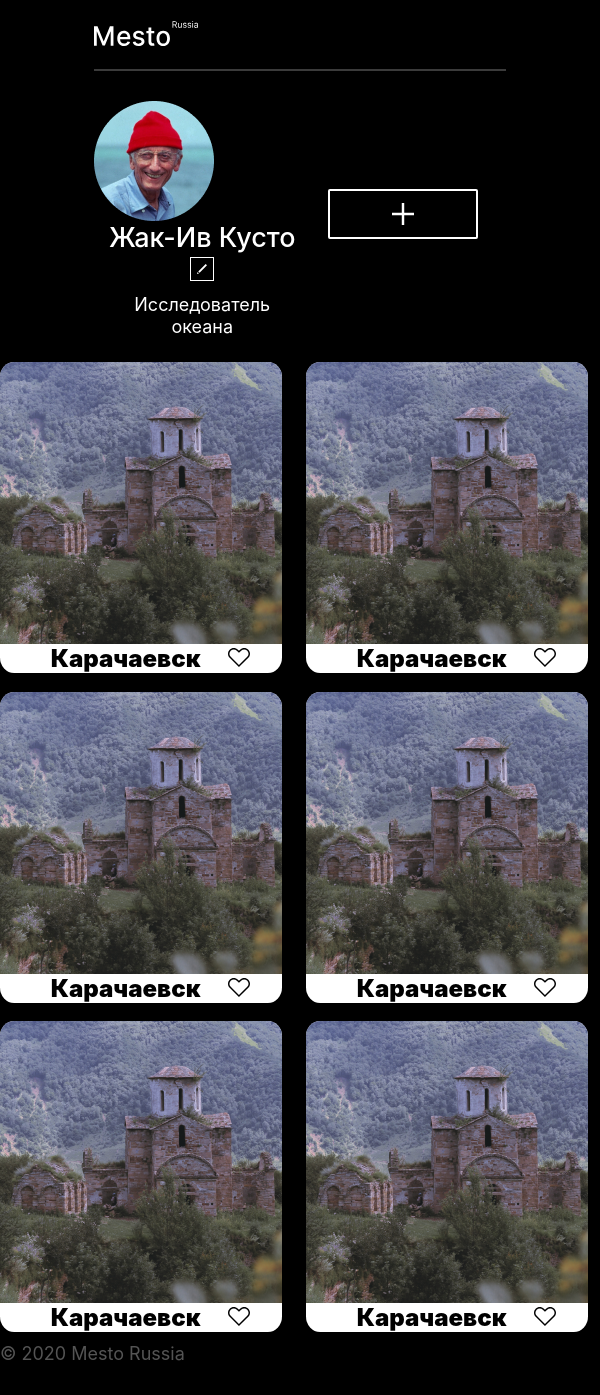
Repository: Ivan2399/mesto-project
Page: index.html
The author's editor kept a copy of each file at every save. The page is drawn from the files as they stood at one save, then again after the next save.
The browser window is 600 px wide. The pictures show the whole page.

Above is the page before, as saved 2021-11-16 18:49:50.

### index.html
<!DOCTYPE html>
<html lang="ru">

<head>
    <meta charset="UTF-8">
    <meta http-equiv="X-UA-Compatible" content="IE=edge">
    <meta name="viewport" content="width=device-width, initial-scale=1.0">
    <link rel="stylesheet" href="./pages/index.css" />
    <title>Mesto</title>
</head>

<body class="root">
    <div class="page">
        <header class="header">
            <div class="header__container">
                <img class="header__logo" src="images/logo/Vector.svg" alt="Логотип">
                <div class="header__line"></div>
            </div>
        </header>
        <main class="content">
            <section class="profile profile__container_mobile">
                <div class="profile__container">
                    <img class="profile__avatar" src="images/avatar/Avatar.png" alt="Аватарка">
                    <h2 class="profile__nickname profile__nickname_mobile">Жак-Ив Кусто
                        <button class="profile__buttons_type_editig"></button>
                        <p class="profile__hobbyname">Исследователь океана</p>
                    </h2>
                </div>
                <div class="profile__buttons">
                    <button class="profile__buttons_type_add"></button>
                </div>
            </section>
            <section class="table">
                <div class="table__container table__container_mobile">
                    <div class="table__card">
                        <img class="table__image" src="images/table/Karachaevsk.png" alt="Крепость">
                        <h2 class="table__title">Карачаевск <img class="table__button table__button_active"
                                src="images/buttons/Vector.svg" alt="Лайк"></h2>
                    </div>
                    <div class="table__card">
                        <img class="table__image" src="images/table/Karachaevsk.png" alt="Крепость">
                        <h2 class="table__title">Карачаевск <img class="table__button table__button_active"
                                src="images/buttons/Vector.svg" alt="Лайк"></h2>
                    </div>
                    <div class="table__card">
                        <img class="table__image" src="images/table/Karachaevsk.png" alt="Крепость">
                        <h2 class="table__title">Карачаевск <img class="table__button table__button_active"
                                src="images/buttons/Vector.svg" alt="Лайк"></h2>
                    </div>
                    <div class="table__card">
                        <img class="table__image" src="images/table/Karachaevsk.png" alt="Крепость">
                        <h2 class="table__title">Карачаевск <img class="table__button table__button_active"
                                src="images/buttons/Vector.svg" alt="Лайк"></h2>
                    </div>
                    <div class="table__card">
                        <img class="table__image" src="images/table/Karachaevsk.png" alt="Крепость">
                        <h2 class="table__title">Карачаевск <img class="table__button table__button_active"
                                src="images/buttons/Vector.svg" alt="Лайк"></h2>
                    </div>
                    <div class="table__card">
                        <img class="table__image" src="images/table/Karachaevsk.png" alt="Крепость">
                        <h2 class="table__title">Карачаевск <img class="table__button table__button_active"
                                src="images/buttons/Vector.svg" alt="Лайк"></h2>
                    </div>
                </div>
            </section>
            <section class="footer">
                <h2 class="footer__logo">© 2020 Mesto Russia</h2>
            </section>
        </main>
    </div>
</body>

</html>

### pages/index.css
@import url(../blocks/root/root.css);
@import url(../blocks/page/page.css);
@import url(../blocks/content/content.css);

/* header */

@import url(../blocks/header/header.css);
@import url(../blocks/header/__container/header__container.css);
@import url(../blocks/header/__logo/header__logo.css);
@import url(../blocks/header/__line/header__line.css);

/* profile */

@import url(../blocks/profile/profile.css);
@import url(../blocks/profile/__avatar/profile__avatar.css);
@import url(../blocks/profile/__container/profile__container.css);
@import url(../blocks/profile/__buttons/profile__buttons.css);
@import url(../blocks/profile/__buttons/_type/profile__buttons_type_add.css);
@import url(../blocks/profile/__buttons/_type/profile__buttons_type_editig.css);
@import url(../blocks/profile/__hobbyname/profile__hobbyname.css);
@import url(../blocks/profile/__nickname/profile__nickname.css);
@import url(../blocks/profile/__container/_mobile/profile__container_mobile.css);
@import url(../blocks/profile/__nickname/_mobile/profile__nickname_mobile.css);

/* table */

@import url(../blocks/table/table.css);
@import url(../blocks/table/__button/table__button.css);
@import url(../blocks/table/__card/table__card.css);
@import url(../blocks/table/__container/table__container.css);
@import url(../blocks/table/__image/table__image.css);
@import url(../blocks/table/__title/table__title.css);
@import url(../blocks/table/__container/_mobile/table__container_mobile.css);
@import url(../blocks/table/__button/_active/table__button_active.css);

/* footer */

@import url(../blocks/footer/footer.css);
@import url(../blocks/footer/__logo/footer__logo.css);

### images/buttons/Vector.svg
<svg width="22" height="19" viewBox="0 0 22 19" fill="none" xmlns="http://www.w3.org/2000/svg">
<path d="M20.2991 9.78586C22.567 7.54338 22.567 3.90213 20.2991 1.68186C18.0311 -0.560619 14.3486 -0.560619 12.0806 1.68186L10.9804 2.792L9.88007 1.70406C7.61215 -0.560619 3.92957 -0.560619 1.6841 1.68186C0.583822 2.76979 0 4.21297 0 5.74496C0 7.27695 0.606277 8.72013 1.6841 9.80806L10.9804 19L20.2991 9.78586ZM1.4371 5.74496C1.4371 4.59042 1.8862 3.52469 2.71702 2.72539C3.5703 1.88168 4.67058 1.45983 5.77086 1.45983C6.87114 1.45983 7.97142 1.88168 8.8247 2.72539L10.9804 4.83465L13.136 2.70318C14.8201 1.03798 17.582 1.03798 19.2437 2.70318C20.0521 3.50248 20.5236 4.56821 20.5236 5.72276C20.5236 6.8773 20.0745 7.94303 19.2437 8.74233L10.9804 16.9351L2.71702 8.76453C1.90865 7.94303 1.4371 6.8773 1.4371 5.74496Z" fill="black"/>
</svg>

### blocks/root/root.css
.root{
    margin: 0;
    padding: 0;
    font-family: "Inter";
    color: #FFFFFF;
}
h1,h2,h3,h4,h5,h6,p{
    margin: 0;
    padding: 0;
    font-family: "Inter";
    color: #FFFFFF;
}

### blocks/page/page.css
.page {
  background-color: #000000;
  max-width: 1280px;
  margin: auto;
}

### blocks/header/header.css
.header{
    display: grid;
}

### blocks/header/__container/header__container.css
.header__container {
  margin: 0 15.7% 0 15.7%;
  max-width: 880px;
  width: 68.6%;
}

### blocks/header/__logo/header__logo.css
.header__logo{
    margin: 5.2% 0 4.7% 0;
}
@media screen and (min-width:300px) and (max-width:600px){
    .header__logo{
        width:103.74px;
        height:24.24px;
    }
}

### blocks/header/__line/header__line.css
.header__line{
    border: 1px solid #545454;
    opacity: 0.7;
}

### blocks/profile/profile.css
.profile {
  display: grid;
  margin: 5% 15.7% 0 15.7%;
  max-width: 880px;
  width: 68.6%;

}

### blocks/profile/__avatar/profile__avatar.css
.profile__avatar{

}

### blocks/profile/__container/profile__container.css
.profile__container {
  display: flex;
  align-items: center;
  flex-direction: row;
  flex-wrap: wrap;
}

### blocks/profile/__buttons/profile__buttons.css
.profile__buttons{
    display: flex;
    justify-content: flex-end;
    align-items: center;
}

### blocks/profile/__buttons/_type/profile__buttons_type_add.css
.profile__buttons_type_add {
  width: 150px;
  height: 50px;
  background-image: url(../../../../images/buttons/Add\ Button.svg);
  background-color: black;
  border: none;
  background-size: cover;
  background-repeat: no-repeat;

  margin-bottom: 6.7%;
}
.profile__buttons_type_add:hover {
  opacity: 0.6;
  border: 2px solid #ffffff;
  box-sizing: border-box;
  border-radius: 2px;
}

### blocks/profile/__buttons/_type/profile__buttons_type_editig.css
.profile__buttons_type_editig {
  width: 24px;
  height: 24px;
  background-image: url(../../../../images/buttons/Edit\ Button.svg);
  background-color: black;
  border: none;
  background-size: cover;
  background-repeat: no-repeat;
  margin-bottom: 6.7%;
  grid-column: 2;
  grid-row: 1;
}
.profile__buttons_type_editig:hover {
  border: 1px solid #ffffff;
  box-sizing: border-box;
}

### blocks/profile/__hobbyname/profile__hobbyname.css
.profile__hobbyname {
  font-style: normal;
  font-weight: normal;
  font-size: 18px;
  line-height: 22px;
  grid-column: 2;
}

### blocks/profile/__nickname/profile__nickname.css
.profile__nickname {
  font-style: normal;
  font-weight: 500;
  font-size: 42px;
  line-height: 48px;
  margin-left: 5%;
}

### blocks/profile/__container/_mobile/profile__container_mobile.css
.profile__container_mobile{
    grid-template-columns: repeat(auto-fit,minmax(200px,1fr));
}
@media screen and (min-width:200px) and (max-width:700px){
    .profile__container_mobile{
        flex-wrap: wrap;
        justify-content: center;
        justify-items: center;
    }
}

### blocks/profile/__nickname/_mobile/profile__nickname_mobile.css
@media screen and (min-width: 200px) and (max-width: 700px) {
  .profile__nickname_mobile {
    font-size: 27px;
    line-height: 33px;
    text-align: center;
  }
}

### blocks/table/table.css
.table{
    max-width:880px;
    margin:4% auto 0;
}

### blocks/table/__button/table__button.css
.table__button {
  width: 22px;
  height: 19px;
  /* background-image: url(../../../images/buttons/Vector.svg);
  border: none;
  background-color: white;
  background-size: cover;
  background-repeat: no-repeat; */
  align-self: flex-end;
  margin-left: 10%;
}
.table__button:hover {
  color: #000000;
  opacity: 0.5;
}

### blocks/table/__card/table__card.css
.table__card{
    max-width: 282px;
    background-color: white;

    border-radius: 5%;

    display: flex;
    flex-direction: column;
}

### blocks/table/__container/table__container.css
.table__container{
    display: grid;
    grid-template-columns: repeat(3,1fr);
    gap:2%;
}

### blocks/table/__image/table__image.css
.table__image{
    max-width: 282px;
    max-height: 282px;
    border-radius: 5% 5% 0 0 ;
}

### blocks/table/__title/table__title.css
.table__title {
  max-width: 246px;
  font-style: normal;
  font-weight: 900;
  font-size: 24px;
  line-height: 29px;

  margin-left: 18%;
  color: #000000;
}

### blocks/table/__container/_mobile/table__container_mobile.css
.table__container_mobile{
    grid-template-columns: repeat(auto-fit, minmax(280px, 1fr));
}

### blocks/table/__button/_active/table__button_active.css
.table__button_active:active{
    background-image: url(../../../../images/buttons/Union.png);
    color: black;
}

### blocks/footer/footer.css
.footer{
    max-width: 840px;
    margin: auto;
}

### blocks/footer/__logo/footer__logo.css
.footer__logo {
  font-style: normal;
  font-weight: normal;
  font-size: 18px;
  line-height: 22px;

  color: #545454;
  margin-top: 8%;
  padding-bottom: 5%;
}

Loaded but not shown: blocks/content/content.css (no stored copy; drawn as an empty file)

After the next save:
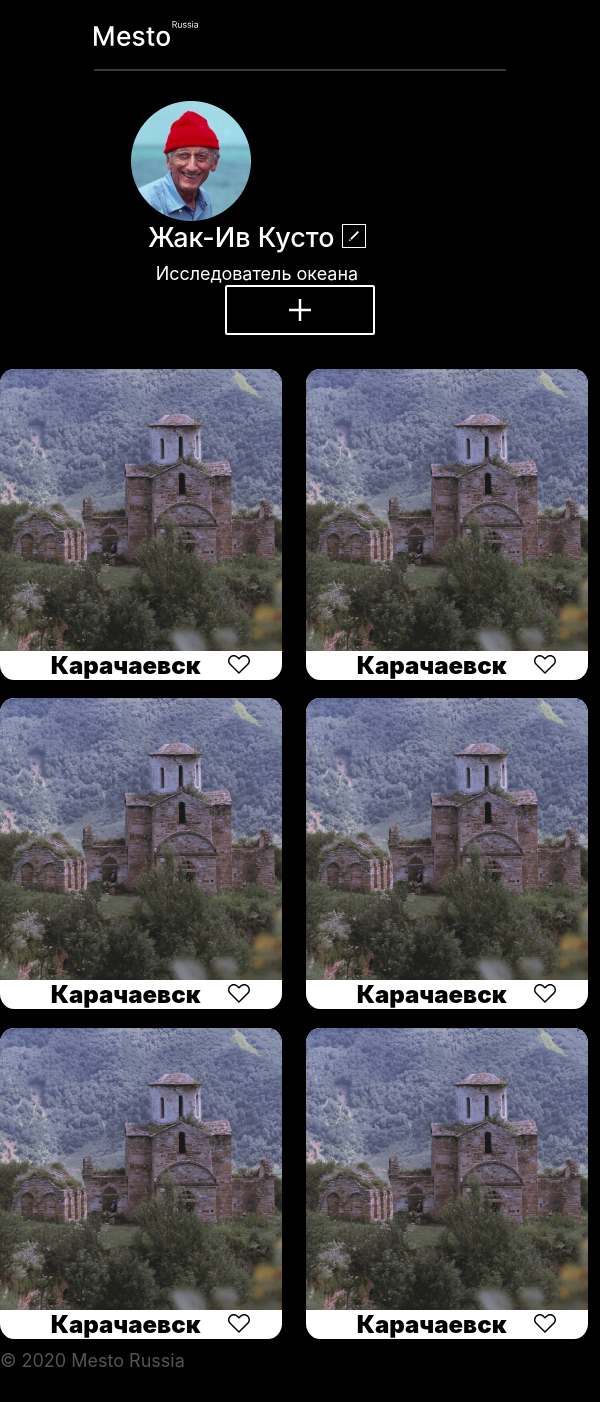
Saved 7 s later.
--- a/blocks/profile/__container/_mobile/profile__container_mobile.css
+++ b/blocks/profile/__container/_mobile/profile__container_mobile.css
@@ -3,6 +3,7 @@
 }
 @media screen and (min-width:200px) and (max-width:700px){
     .profile__container_mobile{
+        display: flex;
         flex-wrap: wrap;
         justify-content: center;
         justify-items: center;
